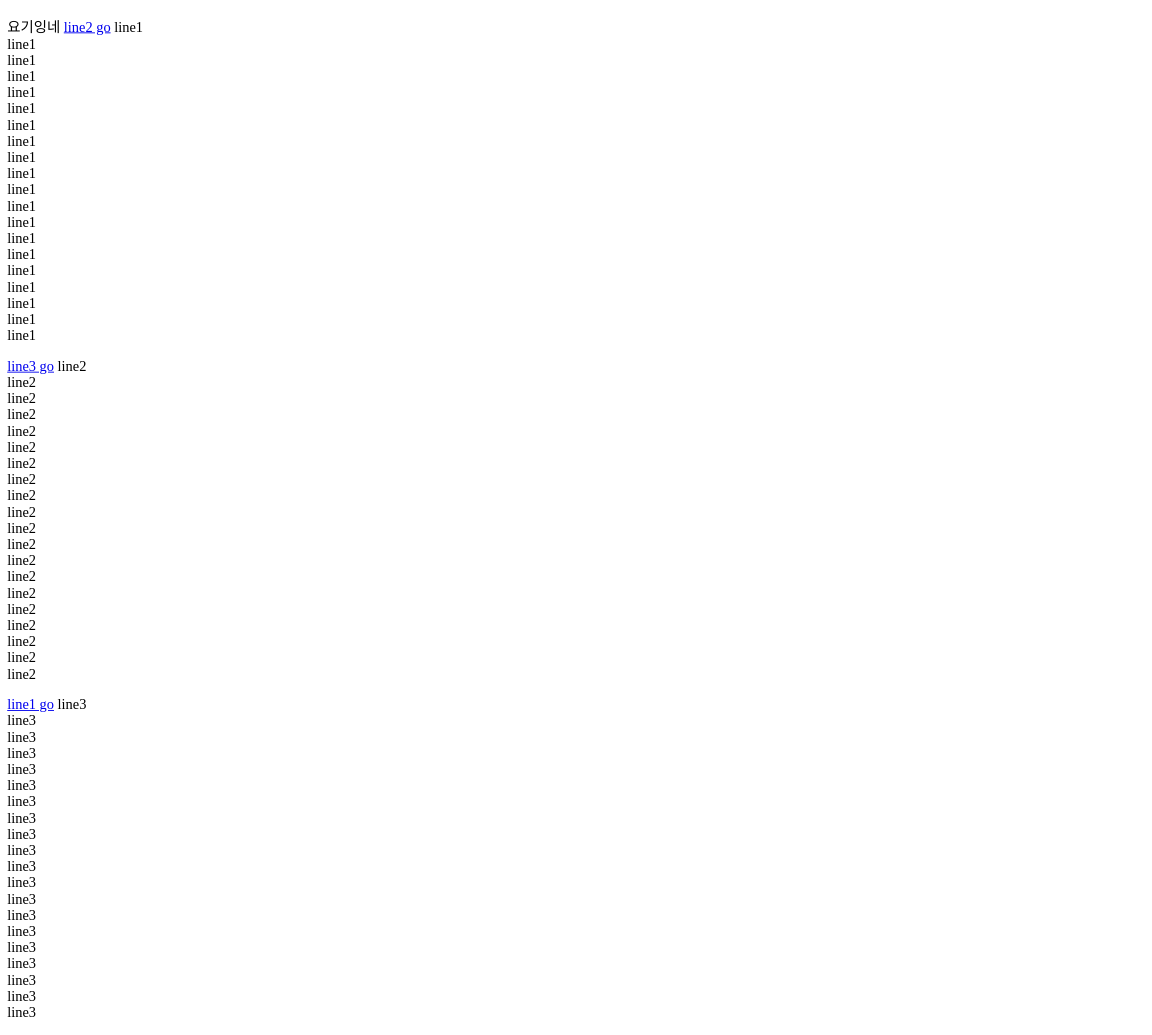
Repository: gunvv00/Java_practice
Page: html_work/html01/WebContent/link02.html
These files come from the project's save history. The page is drawn as it stood at one moment and after the next save; the edit follows.
The browser window is 1280 px wide. The pictures show the whole page, at 90% of full size.

Above is the page before, as saved 2020-01-02 00:58:52.

### html_work/html01/WebContent/link02.html
<!DOCTYPE html>
<html>
<head>
<meta charset="UTF-8">
<title>Insert title here</title>
</head>
<body>
  <p>
  <a name="line1">요기잉네</a>
  <a href="#line2">line2 go</a>
  line1<br/>line1<br/>line1<br/>line1<br/>line1<br/>
  line1<br/>line1<br/>line1<br/>line1<br/>line1<br/>
  line1<br/>line1<br/>line1<br/>line1<br/>line1<br/>
  line1<br/>line1<br/>line1<br/>line1<br/>line1<br/>
  </p>
  <p>
  <a name="line2"></a>
  <a href="#line3">line3 go</a>
  line2<br/>line2<br/>line2<br/>line2<br/>line2<br/>
  line2<br/>line2<br/>line2<br/>line2<br/>line2<br/>
  line2<br/>line2<br/>line2<br/>line2<br/>line2<br/>
  line2<br/>line2<br/>line2<br/>line2<br/>line2<br/>
  </p>
  <p>
  <a name="line3"></a>
  <a href="#line1">line1 go</a>
  line3<br/>line3<br/>line3<br/>line3<br/>line3<br/>
  line3<br/>line3<br/>line3<br/>line3<br/>line3<br/>
  line3<br/>line3<br/>line3<br/>line3<br/>line3<br/>
  line3<br/>line3<br/>line3<br/>line3<br/>line3<br/>
  </p>
</body>
</html>

After the next save:
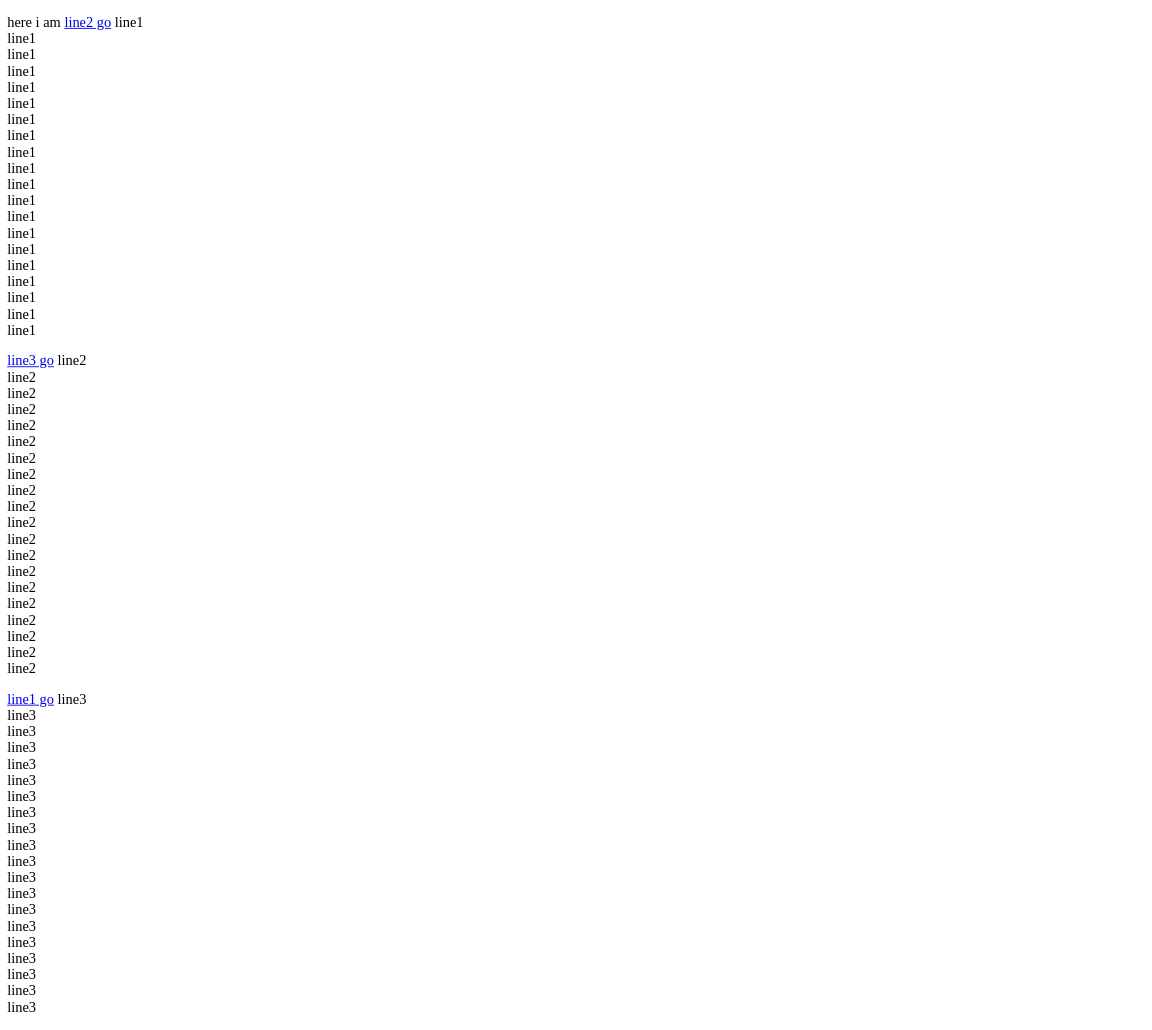
Saved 18 s later.
--- a/html_work/html01/WebContent/link02.html
+++ b/html_work/html01/WebContent/link02.html
@@ -6,7 +6,7 @@
 </head>
 <body>
   <p>
-  <a name="line1">요기잉네</a>
+  <a name="line1">here i am</a>
   <a href="#line2">line2 go</a>
   line1<br/>line1<br/>line1<br/>line1<br/>line1<br/>
   line1<br/>line1<br/>line1<br/>line1<br/>line1<br/>
